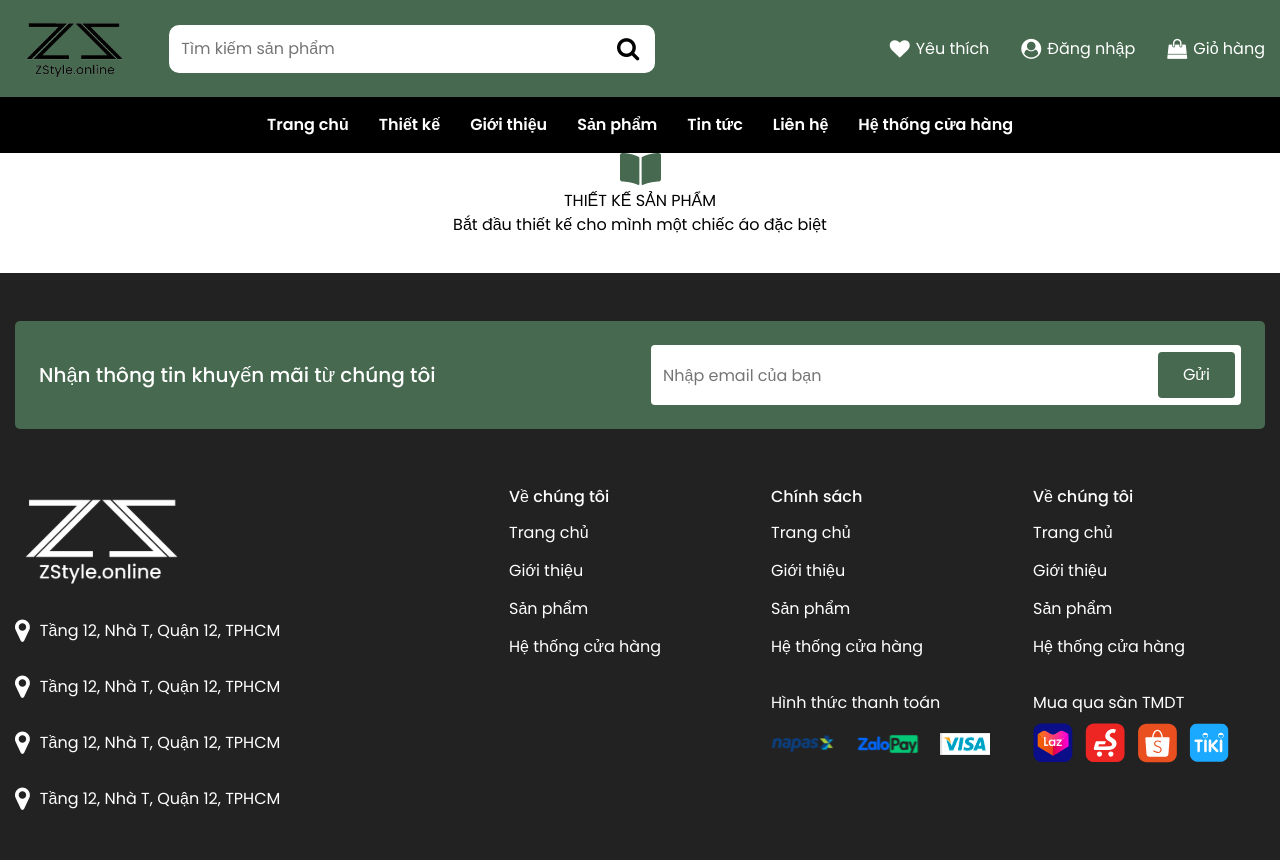
Repository: Toan3333/duanmau
Page: assets/pages/tintuc.html
The author's editor kept a copy of each file at every save. The page is drawn from the files as they stood at one save, then again after a run of saves.
The browser window is 1280 px wide. The pictures show the whole page.
Some web libraries are served in a nearby version.

Above is the page before, as saved 2023-11-07 21:47:34.
Console error: TypeError: Cannot read properties of null (reading 'addEventListener')

After the next 2 saves:
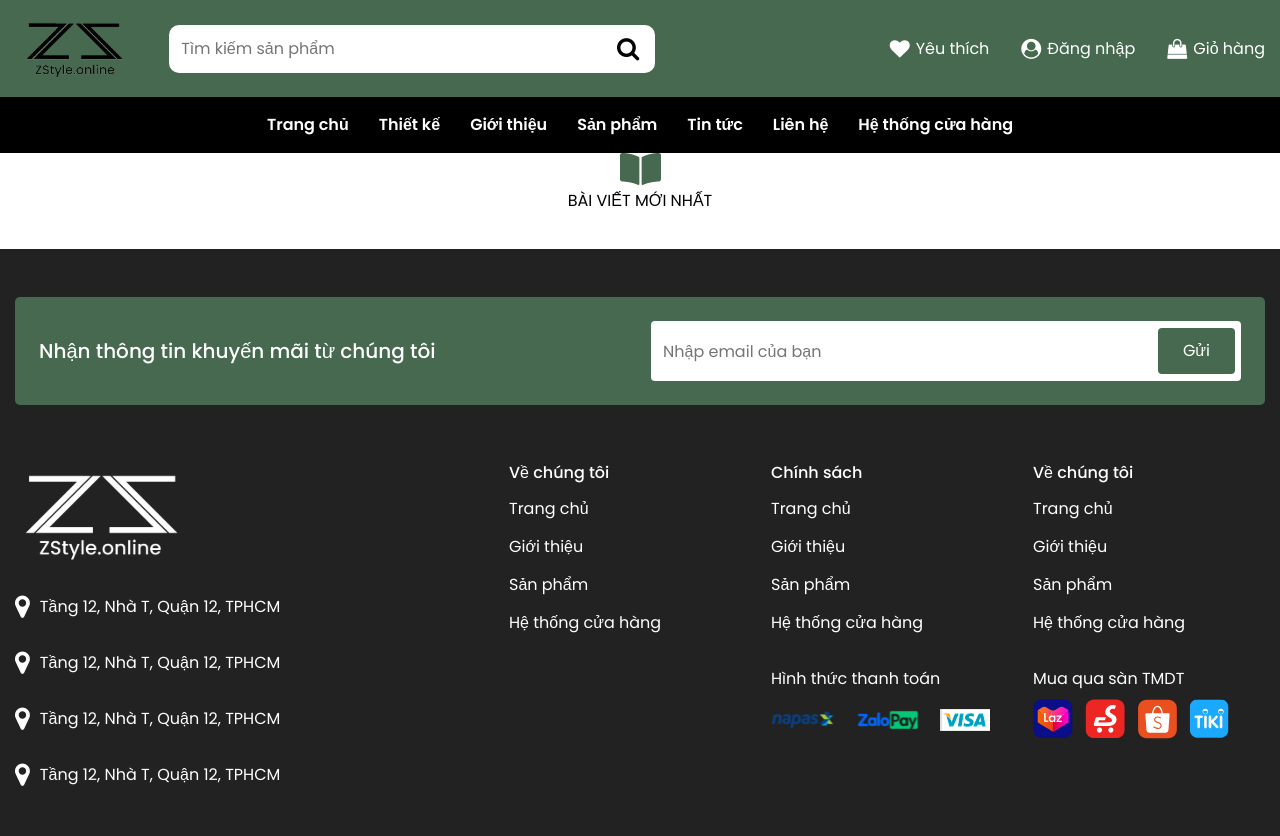
The 2 saves are shown as one change because they came seconds apart.
The last was saved 10 s later.
--- a/assets/pages/tintuc.html
+++ b/assets/pages/tintuc.html
@@ -94,8 +94,7 @@
         <div class="container">
           <div class="design-center">
             <img src="../images/news.svg" alt="" />
-            <h2>THIẾT KẾ SẢN PHẨM</h2>
-            <p>Bắt đầu thiết kế cho mình một chiếc áo đặc biệt</p>
+            <h2>BÀI VIẾT MỚI NHẤT</h2>
           </div>
         </div>
       </section>
